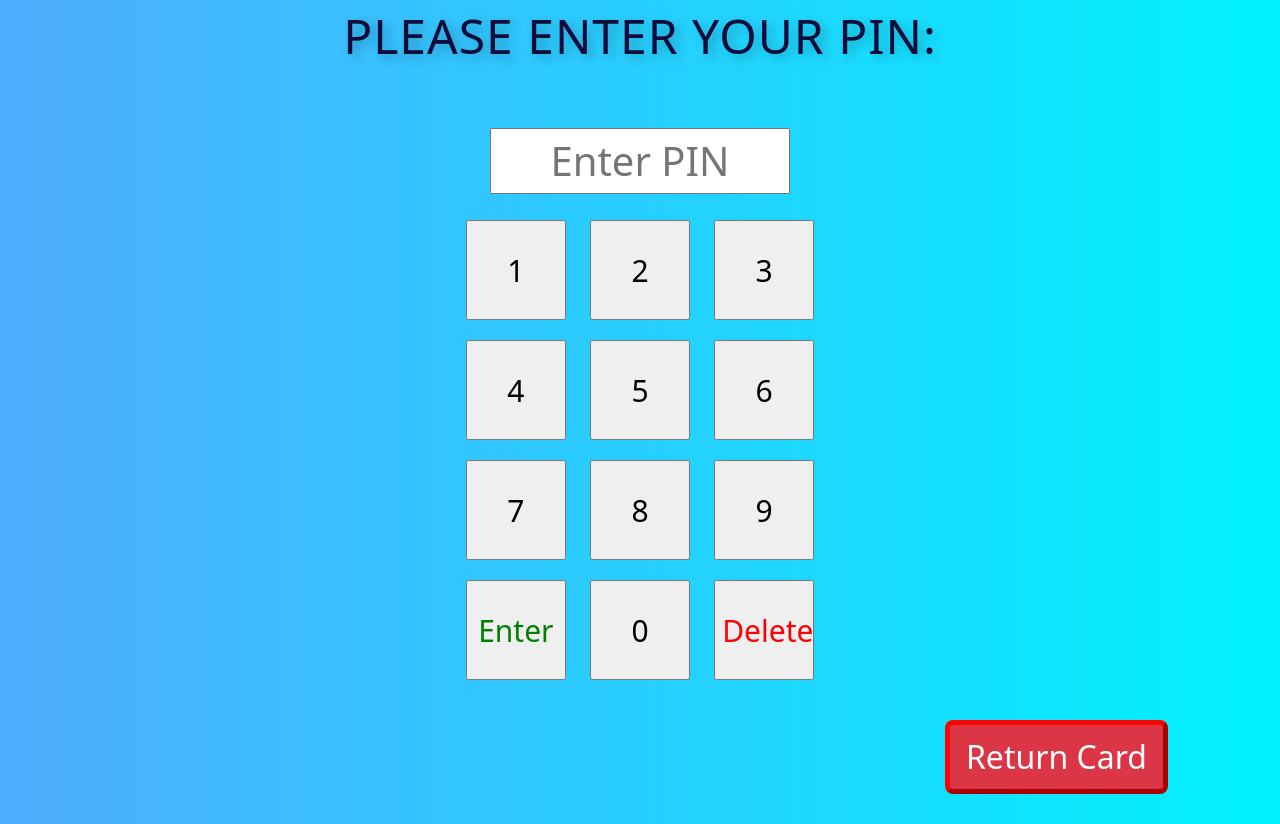
Repository: SanC005/ATM-Safer-Website
Page: public/html/PINInput.html
The author's editor kept a copy of each file at every save. The page is drawn from the files as they stood at one save, then again after a run of saves.
The browser window is 1280 px wide. The pictures show the whole page.
Empty fields were first filled with sample values (such as "Sample", 5 or name@example.com).
After loading, the first visible `#btnEnt` was clicked once.

Above is the page before, as saved 2022-12-19 09:04:53.
Console error: ReferenceError: $ is not defined

After the next 3 saves:
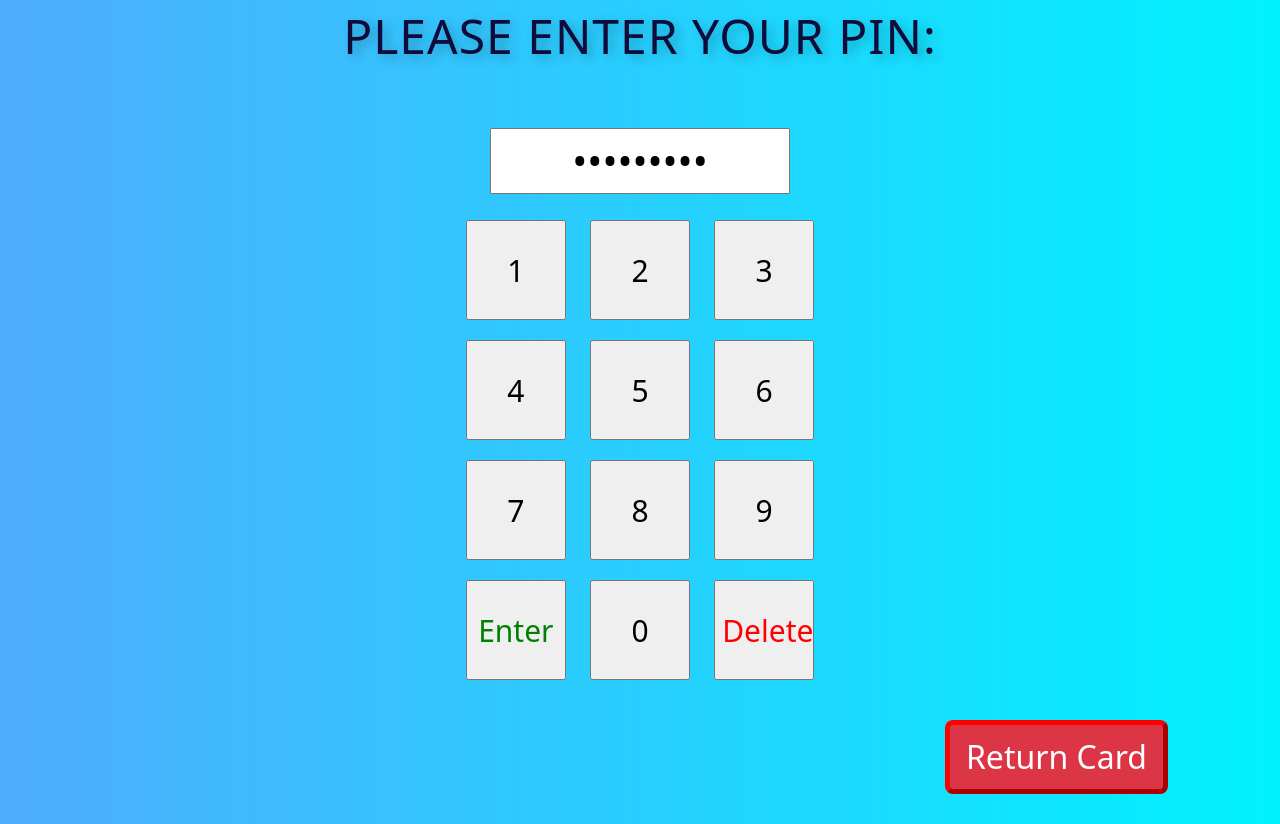
Console error: SyntaxError: Invalid left-hand side in assignment
The 3 saves are shown as one change because they came seconds apart.
The last was saved 7 s later.
--- a/public/html/PINInput.html
+++ b/public/html/PINInput.html
@@ -80,7 +80,7 @@
 	var PIN="1234";
     var PIN2="1111";
   	var str1=document.getElementById("tbInput").value;
-  	if (str1==PIN )
+  	if (str1==PIN || str1=PIN2)
   	{
   		window.location="selectAcct.html";
  	}

After the save that followed:
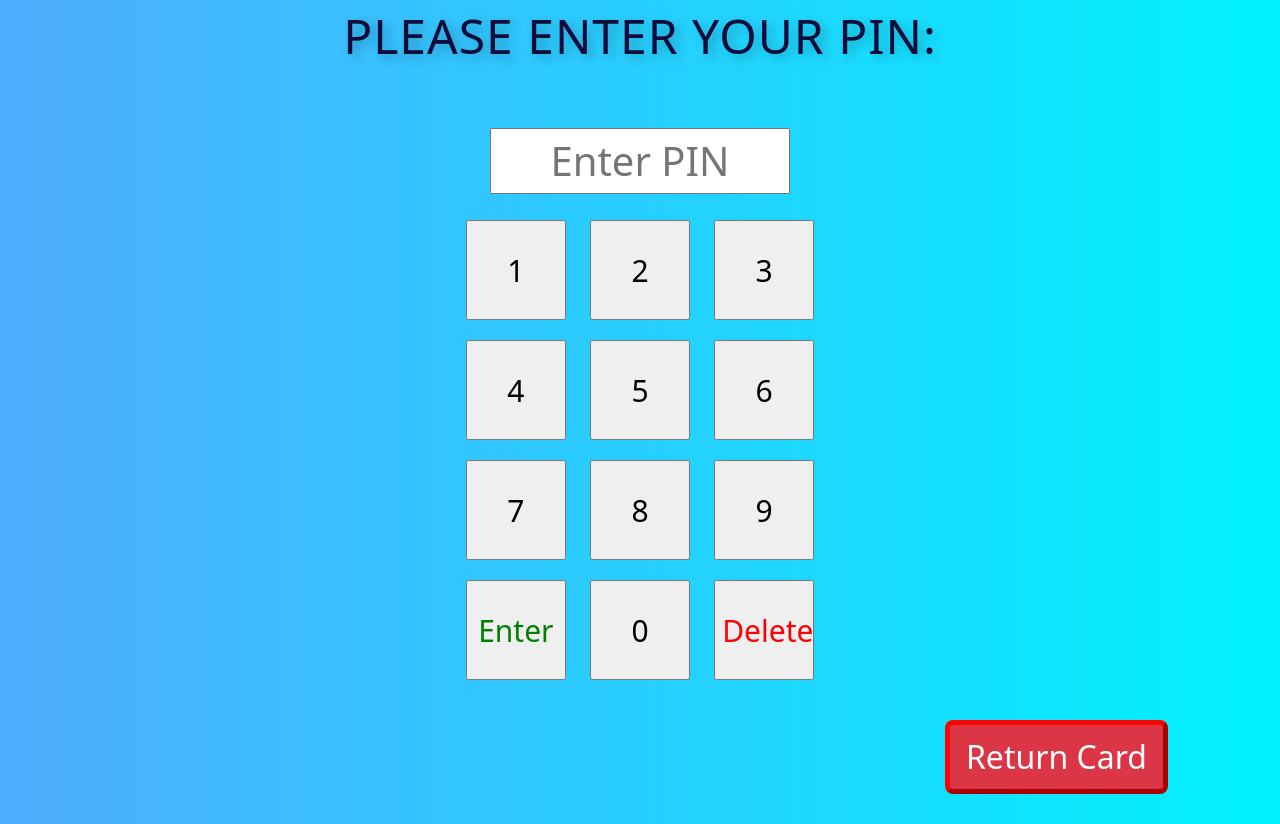
Console error: ReferenceError: $ is not defined
Saved 5 s later.
--- a/public/html/PINInput.html
+++ b/public/html/PINInput.html
@@ -80,7 +80,7 @@
 	var PIN="1234";
     var PIN2="1111";
   	var str1=document.getElementById("tbInput").value;
-  	if (str1==PIN || str1=PIN2)
+  	if (str1==PIN || str1==PIN2)
   	{
   		window.location="selectAcct.html";
  	}
